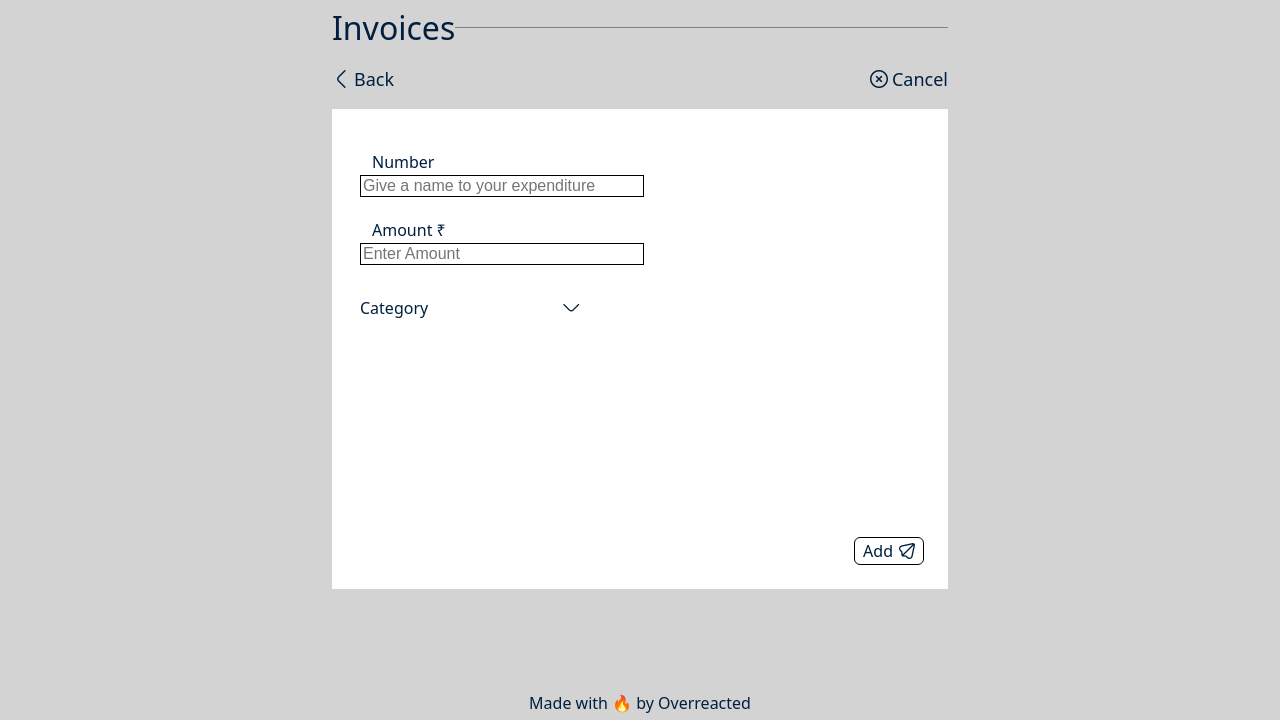
Repository: om1ars/task3
Page: /add-expense
These files come from the project's save history. The page is drawn as it stood at one moment and after the next save; the edit follows.
The browser window is 1280 px wide. The pictures show the whole page.
Some web libraries are served in a nearby version. The project was rebuilt for these pictures with package versions that can differ from the ones it lists, and the page was loaded fresh each time. Also part of the build but not shown: src/components/add-form/success-modal.css, src/components/expense-list/card.css, src/components/expense-list/card.js, src/components/expense-list/expense-list.css, src/components/expense-list/index.js, src/pages/home/home.css, src/pages/home/index.js.

Above is the page before, as saved 2021-12-18 14:58:24.

After the next save:
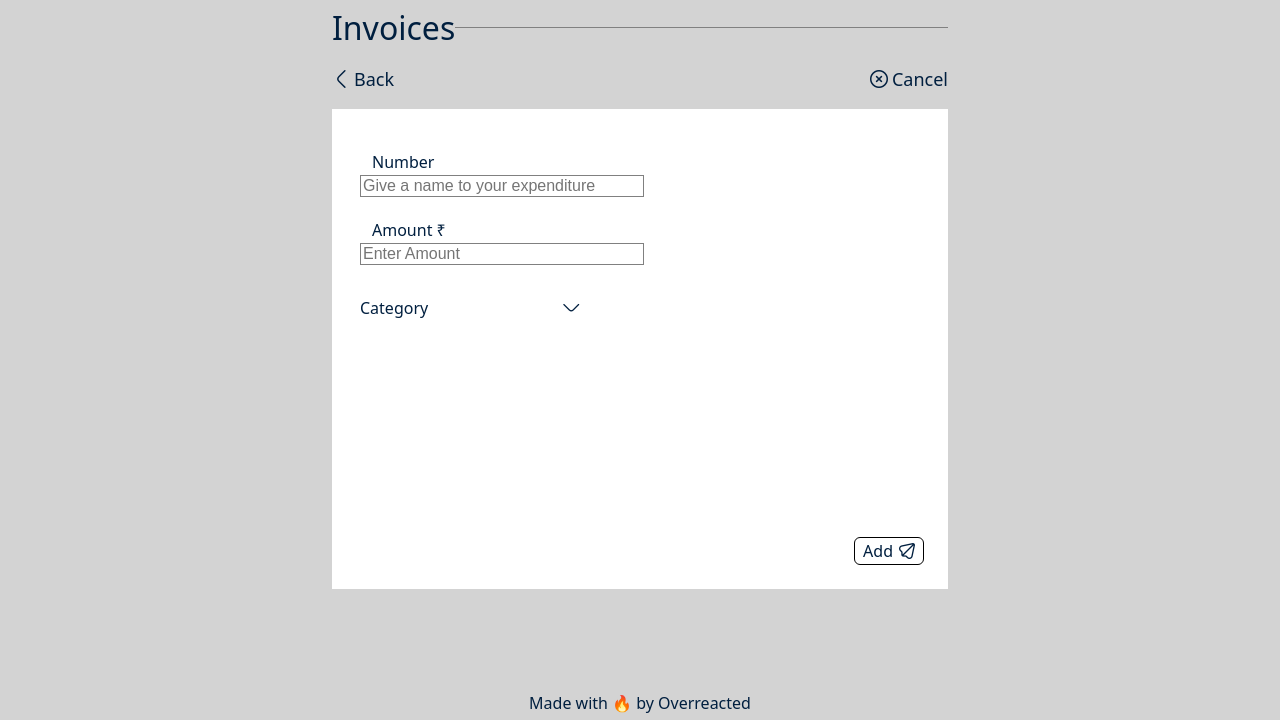
Saved 6 s later.
--- a/src/components/add-form/add-form.css
+++ b/src/components/add-form/add-form.css
@@ -23,7 +23,7 @@
 }
 .form-item input {
   font-size: 16px;
-  border: 1px solid black;
+  border: 1px solid gray;
   width: 70%;
   outline: none;
 }
